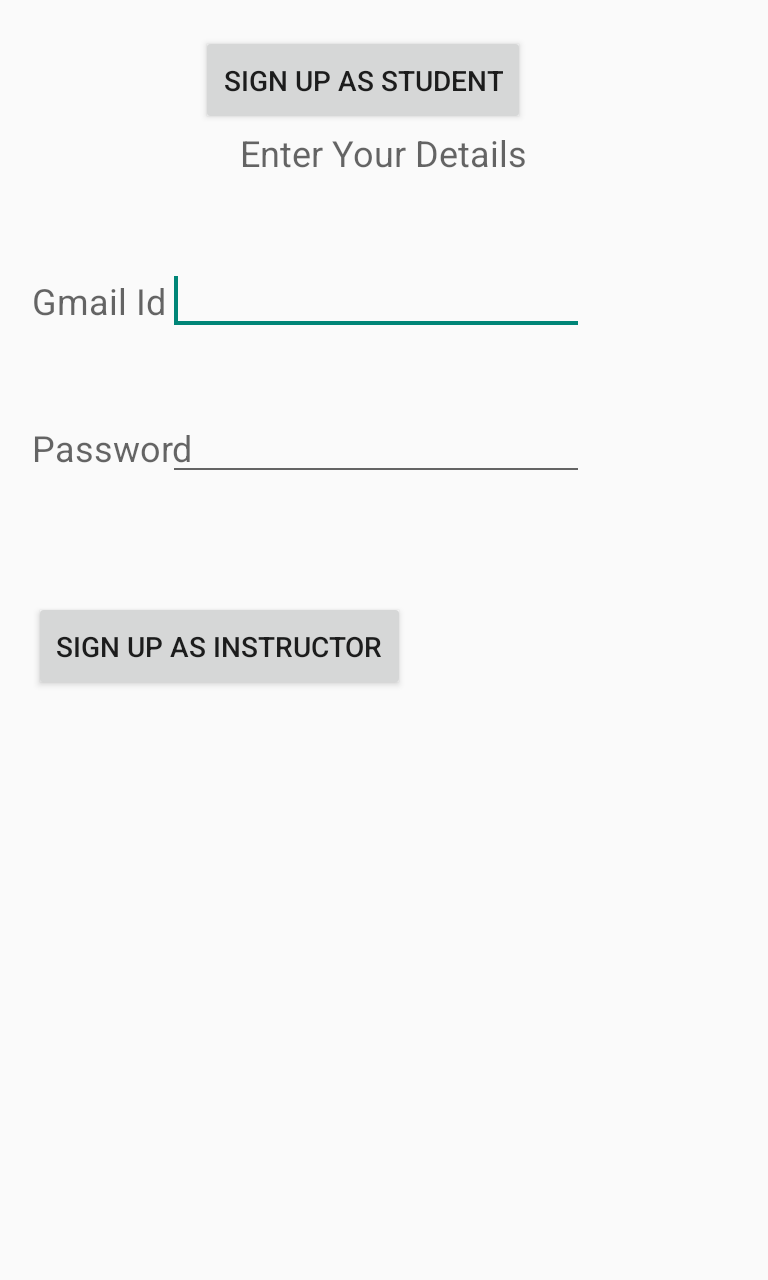
Repository: shuktika12163/ReWise
Layout: ReWise/res/layout/activity_signup.xml
The author's editor kept a copy of each file at every save. The layout is drawn from the files as they stood at one save, then again after the next save.
It is drawn on a 768 x 1280 px phone screen (xhdpi) without system bars, with theme AppTheme; the app's code is not run.

Above is the layout before, as saved 2014-10-29 14:18:15.

### ReWise/res/layout/activity_signup.xml
<RelativeLayout xmlns:android="http://schemas.android.com/apk/res/android"
    xmlns:tools="http://schemas.android.com/tools"
    android:layout_width="match_parent"
    android:layout_height="match_parent"
    android:paddingBottom="@dimen/activity_vertical_margin"
    android:paddingLeft="@dimen/activity_horizontal_margin"
    android:paddingRight="@dimen/activity_horizontal_margin"
    android:paddingTop="@dimen/activity_vertical_margin"
    tools:context="com.example.rewise.InstrLoginActivity" >

    <TextView
        android:id="@+id/tv_password"
        android:layout_width="wrap_content"
        android:layout_height="wrap_content"
        android:layout_alignLeft="@+id/tv_username"
        android:layout_below="@+id/tv_username"
        android:layout_marginTop="49dp"
        android:text="Password"
        android:textAppearance="?android:attr/textAppearanceMedium" />

    <EditText
        android:id="@+id/et_username"
        android:layout_width="wrap_content"
        android:layout_height="wrap_content"
        android:layout_alignBaseline="@+id/tv_username"
        android:layout_alignBottom="@+id/tv_username"
        android:layout_toRightOf="@+id/tv_username"
        android:ems="10"
        android:inputType="textEmailAddress" >

        <requestFocus />
    </EditText>

    <EditText
        android:id="@+id/et_password"
        android:layout_width="wrap_content"
        android:layout_height="wrap_content"
        android:layout_alignBaseline="@+id/tv_password"
        android:layout_alignBottom="@+id/tv_password"
        android:layout_alignRight="@+id/et_username"
        android:ems="10"
        android:inputType="textPassword" />

    <TextView
        android:id="@+id/tv_username"
        android:layout_width="wrap_content"
        android:layout_height="wrap_content"
        android:layout_alignParentLeft="true"
        android:layout_alignParentTop="true"
        android:layout_marginTop="122dp"
        android:text="Gmail Id"
        android:textAppearance="?android:attr/textAppearanceMedium" />

    <TextView
        android:id="@+id/tv_details"
        android:layout_width="wrap_content"
        android:layout_height="wrap_content"
        android:layout_alignParentTop="true"
        android:layout_centerHorizontal="true"
        android:layout_marginTop="48dp"
        android:text="Enter Your Details"
        android:textAppearance="?android:attr/textAppearanceMedium" />

    <Button
        android:id="@+id/btn_instr_signup"
        android:layout_width="wrap_content"
        android:layout_height="wrap_content"
        android:layout_alignLeft="@+id/tv_password"
        android:layout_below="@+id/et_password"
        android:layout_marginTop="56dp"
        android:text="Sign Up as instructor" />

    <Button
        android:id="@+id/btn_stu_signup"
        android:layout_width="wrap_content"
        android:layout_height="wrap_content"
        android:layout_alignBaseline="@+id/btn_signup"
        android:layout_alignBottom="@+id/btn_signup"
        android:layout_alignRight="@+id/tv_details"
        android:text="Sign Up as Student" />

</RelativeLayout>

Loaded but not shown: ReWise/res/values/styles.xml (common file); ReWise/res/values-v11/styles.xml (common file); ReWise/res/values-v14/styles.xml (common file); ReWise/res/values/dimens.xml (common file); ReWise/res/values-w820dp/dimens.xml (common file)

After the next save:
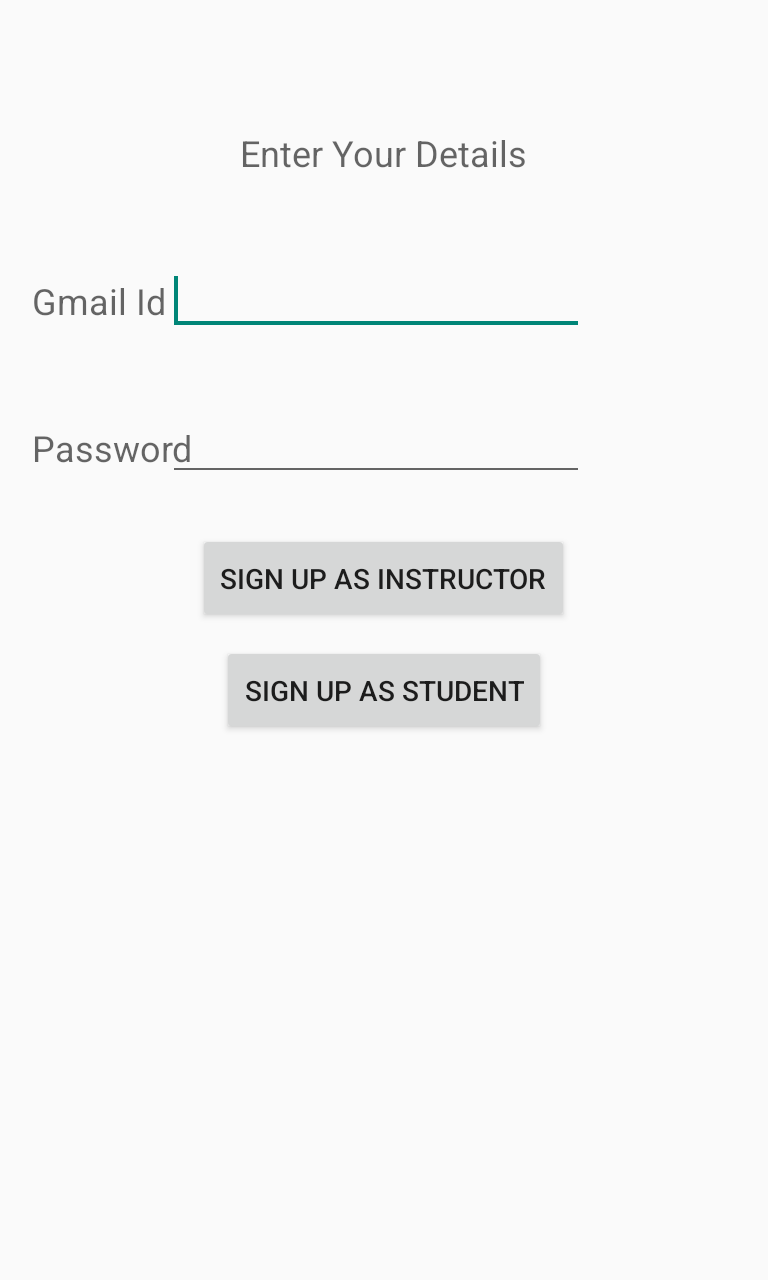
Saved 45 s later.
--- a/ReWise/res/layout/activity_signup.xml
+++ b/ReWise/res/layout/activity_signup.xml
@@ -62,21 +62,21 @@
         android:textAppearance="?android:attr/textAppearanceMedium" />
 
     <Button
+        android:id="@+id/btn_stu_signup"
+        android:layout_width="wrap_content"
+        android:layout_height="wrap_content"
+        android:layout_below="@+id/et_password"
+        android:layout_centerHorizontal="true"
+        android:layout_marginTop="78dp"
+        android:text="Sign Up as Student" />
+
+    <Button
         android:id="@+id/btn_instr_signup"
         android:layout_width="wrap_content"
         android:layout_height="wrap_content"
-        android:layout_alignLeft="@+id/tv_password"
         android:layout_below="@+id/et_password"
-        android:layout_marginTop="56dp"
+        android:layout_centerHorizontal="true"
+        android:layout_marginTop="22dp"
         android:text="Sign Up as instructor" />
 
-    <Button
-        android:id="@+id/btn_stu_signup"
-        android:layout_width="wrap_content"
-        android:layout_height="wrap_content"
-        android:layout_alignBaseline="@+id/btn_signup"
-        android:layout_alignBottom="@+id/btn_signup"
-        android:layout_alignRight="@+id/tv_details"
-        android:text="Sign Up as Student" />
-
 </RelativeLayout>
